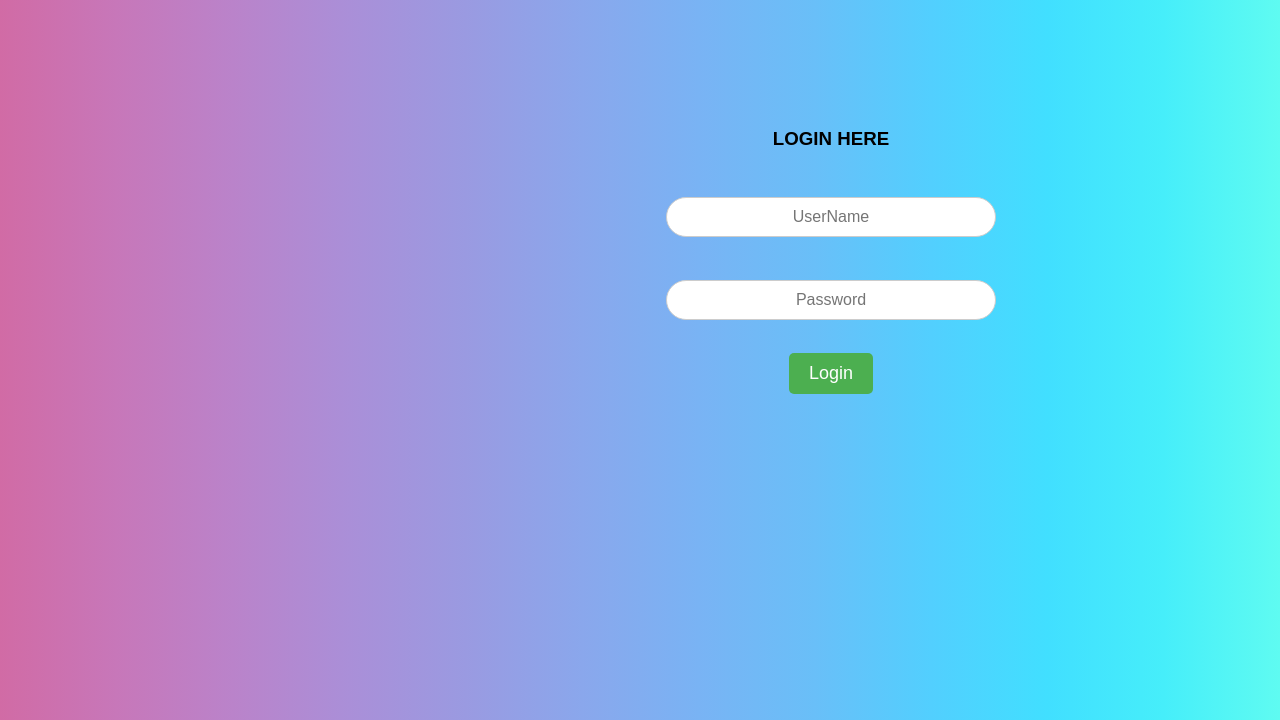
Repository: amitSai12/CMS
Page: http://localhost/LibraryManagementDemo/Login.jsp
These files come from the project's save history. The page is drawn as it stood at one moment and after the next save; the edit follows.
The browser window is 1280 px wide. The pictures show the whole page.
The page is served by Tomcat 9. Other server files are loaded and not shown.

Above is the page before, as saved 2023-10-03 18:19:12.

### Day1_Thu/LibraryManagementDemo/src/main/webapp/Login.jsp
<%@ page language="java" contentType="text/html; charset=ISO-8859-1"
    pageEncoding="ISO-8859-1"%>
    <%@taglib uri="http://java.sun.com/jsp/jstl/core" prefix="c" %>
    <%@taglib uri="http://java.sun.com/jsp/jstl/sql" prefix="sql" %>
<!DOCTYPE html>
<html>
<head>
<meta charset="ISO-8859-1">
<title>Insert title here</title>
<link rel="stylesheet" href="login.css">
</head>
<body>
	<form method="post" action="Login.jsp">
		<center>
			<h3>LOGIN HERE</h3><br/>

			<input type="text" name="userName" placeholder="UserName"/><br><br>

			<input type="password" name="password" placeholder="Password"/><br><br>
			<input type="submit" value="Login" />
		</center>
	</form>

	<c:if test="${param.userName!=null && param.password!=null }">

		<jsp:useBean id="login" class="com.java.library.LibUsers"/>
		<jsp:setProperty property="*" name="login"/>
		<jsp:useBean id="beanDao" class="com.java.library.LibraryDAOImpl"/>
		<c:set var="count" value="${beanDao.authenticate(login)}"/>
		<c:if test="${count==1}">
			<%
				session.setAttribute("user",request.getParameter("userName"));
			%>
			<jsp:forward page="Menu2.jsp"/>
	</c:if>
	</c:if>
	<c:if test="${count==0}">
		<div class="invalid-credentials">
   			<c:out value=" Invalid Credentials...."/>
		</div>

	</c:if>

</body>
</html>

### Day1_Thu/LibraryManagementDemo/src/main/java/com/java/library/LibUsers.java
package com.java.library;

public class LibUsers {

	private String userName;
	private String password;


	public String getUserName() {
		return userName;
	}
	public void setUserName(String userName) {
		this.userName = userName;
	}
	public String getPassword() {
		return password;
	}
	public void setPassword(String password) {
		this.password = password;
	}


	public LibUsers(String userName, String password) {
		super();
		this.userName = userName;
		this.password = password;
	}
	public LibUsers() {
		super();
		// TODO Auto-generated constructor stub
	}


	@Override
	public String toString() {
		return "LibUsers [userName=" + userName + ", password=" + password + "]";
	}


}

### Day1_Thu/LibraryManagementDemo/src/main/java/com/java/library/LibraryDAO.java
package com.java.library;

import java.sql.SQLException;
import java.util.List;

public interface LibraryDAO {

	String createUser(LibUsers libUsers) throws ClassNotFoundException, SQLException;

	int authenticate(LibUsers libUsers) throws ClassNotFoundException, SQLException;

	List<Books> searchBooks(String searchType, String searchValue) throws ClassNotFoundException, SQLException;

	String updateBooks(int bookId,String user) throws ClassNotFoundException, SQLException;

	Books getBookById(int Id) throws ClassNotFoundException, SQLException;

	Books getBookByUser(String User) throws ClassNotFoundException, SQLException;

	List<Books> returnBook() throws ClassNotFoundException, SQLException;

	String returnBooks(int bookId, String userName) throws ClassNotFoundException, SQLException;
}

### Day1_Thu/LibraryManagementDemo/src/main/java/com/java/library/LibraryDAOImpl.java
package com.java.library;

import java.sql.Connection;
import java.sql.PreparedStatement;
import java.sql.ResultSet;
import java.sql.SQLException;
import java.util.ArrayList;
import java.util.List;

import com.mysql.cj.xdevapi.Result;

public class LibraryDAOImpl implements LibraryDAO {

	Connection connection;
	PreparedStatement pst;

// to create user and password -----------------------------------------------
	@Override
	public String createUser(LibUsers libUsers) throws ClassNotFoundException, SQLException {
		connection = ConnectionHelper.getConnection();
		String enPwd = EncryptPassword.getCode(libUsers.getPassword());
		String cmd = "Insert into LibUsers(Username,Password) values(?,?)";
		pst = connection.prepareStatement(cmd);
		pst.setString(1, libUsers.getUserName());
		pst.setString(2, enPwd);
		pst.executeUpdate();
		return "Your Account Created ...";
	}

// login for existing users --------------------------------------------------------
	@Override
	public int authenticate(LibUsers libUsers) throws ClassNotFoundException, SQLException {
		connection = ConnectionHelper.getConnection();
		String encr = EncryptPassword.getCode(libUsers.getPassword());
		String cmd = "select count(*) cnt from LibUsers where userName=? AND Password=?";
		pst = connection.prepareStatement(cmd);
		pst.setString(1, libUsers.getUserName());
		pst.setString(2, encr.trim());
		ResultSet rs = pst.executeQuery();
		rs.next();
		int count = rs.getInt("cnt");
		return count;

	}

// to search the list of books by their id, name and all -------------------------------------
	@Override
	public List<Books> searchBooks(String searchType, String searchValue) throws ClassNotFoundException, SQLException {
		String sql;
		boolean isValid = true;
		if (searchType.equals("id")) {
			sql = "SELECT * from Books where Id=?";
		} else if (searchType.equals("bookname")) {
			sql = "SELECT * from Books where name=?";
		} else if (searchType.equals("authorname")) {
			sql = "SELECT * from Books where author=?";
		} else if (searchType.equals("dept")) {
			sql = "SELECT * from Books where dept=?";
		} else {
			isValid = false;
			sql = "SELECT * from Books";
		}
		connection = ConnectionHelper.getConnection();
		pst = connection.prepareStatement(sql);
		if (isValid == true) {
			pst.setString(1, searchValue);
		}
		ResultSet rs = pst.executeQuery();
		Books books = null;
		List<Books> booksList = new ArrayList<Books>();
		while (rs.next()) {
			books = new Books();
			books.setId(rs.getInt("id"));
			books.setName(rs.getString("name"));
			books.setAuthor(rs.getString("author"));
			books.setEdition(rs.getString("edition"));
			books.setDept(rs.getString("dept"));
			books.setNoOfBooks(rs.getInt("TotalBooks"));
			booksList.add(books);

		}
		return booksList;
	}

// to issue the book and update them in the table by subtracting one book from db -------------------
	@Override
	public String updateBooks(int bookId, String user) throws ClassNotFoundException, SQLException {
		connection = ConnectionHelper.getConnection();
		Books book = getBookById(bookId);

		if (hasUserIssuedBook(bookId, user)) {
			return "You have already issued this book.";
		} else {

			String cmd = "UPDATE Books SET TotalBooks = TotalBooks - 1 WHERE Id = ?";
			pst = connection.prepareStatement(cmd);
			pst.setInt(1, bookId);
			pst.executeUpdate();
			cmd = "Insert into TranBook(bookId,userName) values(?,?)";
			pst = connection.prepareStatement(cmd);
			pst.setInt(1, bookId);
			pst.setString(2, user);
			pst.executeUpdate();
			return "Book Issued Successfully";
		}
	}

// to get the bookId ------------------------------------------------------------------------

	@Override
	public Books getBookById(int Id) throws ClassNotFoundException, SQLException {
		Connection connection = ConnectionHelper.getConnection();
		PreparedStatement preparedStatement = null;
		ResultSet resultSet = null;
		Books book = null;

		try {
			String query = "SELECT * FROM Books WHERE Id = ?";
			preparedStatement = connection.prepareStatement(query);
			preparedStatement.setInt(1, Id);
			resultSet = preparedStatement.executeQuery();

			if (resultSet.next()) {
				// Retrieve book details from the result set
				int id = resultSet.getInt("Id");
				String name = resultSet.getString("Name");
				String author = resultSet.getString("Author");
				String edition = resultSet.getString("Edition");
				String dept = resultSet.getString("Dept");
				int noOfBooks = resultSet.getInt("TotalBooks");
				// Retrieve other book details...

				// Create a Books object with retrieved details
				book = new Books(id, name, author, edition, dept, noOfBooks);
			}
		} catch (SQLException e) {
			e.printStackTrace();
			// Handle any exceptions or log errors
		} finally {
			// Close database resources (connection, statement, and result set)
			// Handle resource closing exceptions if necessary
		}

		return book;
	}

// to get the user -----------------------------------------------------------------------------
	@Override
	public Books getBookByUser(String User) throws ClassNotFoundException, SQLException {
		Connection connection = ConnectionHelper.getConnection();
		PreparedStatement preparedStatement;
		ResultSet resultSet;
		Books book1 = null;

		try {
			String query = "SELECT * FROM Books WHERE UserName = ?";
			preparedStatement = connection.prepareStatement(query);
			preparedStatement.setString(1, User);
			resultSet = preparedStatement.executeQuery();

			if (resultSet.next()) {
				// Retrieve book details from the result set
				int id = resultSet.getInt("Id");
				String name = resultSet.getString("Name");
				String author = resultSet.getString("Author");
				String edition = resultSet.getString("Edition");
				String dept = resultSet.getString("Dept");
				int noOfBooks = resultSet.getInt("TotalBooks");
				// Retrieve other book details...

				// Create a Books object with retrieved details
				book1 = new Books(id, name, author, edition, dept, noOfBooks);
			}
		} catch (SQLException e) {
			e.printStackTrace();
			// Handle any exceptions or log errors
		} finally {
			// Close database resources (connection, statement, and result set)
			// Handle resource closing exceptions if necessary
		}

		return book1;
	}

	private boolean hasUserIssuedBook(int bookId, String user) throws SQLException {
		// Check if the user has already issued the same book
		String query = "SELECT COUNT(*) FROM TranBook WHERE bookId = ? AND userName = ?";
		PreparedStatement preparedStatement = null;
		ResultSet resultSet = null;

		try {
			preparedStatement = connection.prepareStatement(query);
			preparedStatement.setInt(1, bookId);
			preparedStatement.setString(2, user);
			resultSet = preparedStatement.executeQuery();

			if (resultSet.next()) {
				int count = resultSet.getInt(1);
				return count > 0;
			}
		} finally {
			// Close resources
			if (resultSet != null) {
				resultSet.close();
			}
			if (preparedStatement != null) {
				preparedStatement.close();
			}
		}

		return false;
	}

	@Override
	public String returnBooks(int bookId, String userName) throws ClassNotFoundException, SQLException {
		/*
		 * connection = ConnectionHelper.getConnection();
		 *
		 *
		 * Books book = getBookById(bookId); Books book1 = getBookByUser(user);
		 *
		 *
		 * String cmd = "DELETE FROM TranBook WHERE bookId = ? AND userName = ?"; pst =
		 * connection.prepareStatement(cmd); pst.setInt(1, bookId);
		 *
		 * pst.setString(2, user); pst.executeUpdate();
		 *
		 * cmd = "Insert into transreturn(bookId,userName) values(?,?)"; pst =
		 * connection.prepareStatement(cmd); pst.setInt(1, bookId); pst.setString(2,
		 * user); pst.executeUpdate();
		 *
		 * cmd = "UPDATE Books SET TotalBooks = TotalBooks + 1 WHERE Id = ?"; pst =
		 * connection.prepareStatement(cmd); pst.setInt(1, bookId); pst.executeUpdate();
		 */
		connection = ConnectionHelper.getConnection();
		String cmd = "Delete from tranbook where bookId = ?";
		pst = connection.prepareStatement(cmd);
		pst.setInt(1, bookId);
		pst.executeUpdate();

		cmd =  "update books set TotalBooks=TotalBooks+1 where id =?";
		pst = connection.prepareStatement(cmd);
		pst.setInt(1, bookId);
		pst.executeUpdate();

		cmd = "Insert into transreturn (userName,bookId) values(?,?)";
		pst = connection.prepareStatement(cmd);
		pst.setString(1, userName);
		pst.setInt(2, bookId);

		pst.executeUpdate();
		return "Book Returned Sucessfully";
	}

	@Override
	public List<Books> returnBook() throws ClassNotFoundException, SQLException {
		connection = ConnectionHelper.getConnection();
		String sql = "SELECT * from tranbook";
		pst = connection.prepareStatement(sql);
		ResultSet rs = pst.executeQuery();
		Books books = null;
		List<Books> returnbooksList = new ArrayList<Books>();
		while (rs.next()) {
			books = new Books();
			books.setId(rs.getInt("bookid"));
			books.setName(rs.getString("Username"));
			books.setFromDate(rs.getDate("fromDate"));
			returnbooksList.add(books);

		}
		return returnbooksList;
	}

}

### Day1_Thu/LibraryManagementDemo/src/main/webapp/login.css
body {
  background-image: linear-gradient(to right, #d16ba5, #c777b9, #ba83ca, #aa8fd8, #9a9ae1, #8aa7ec, #79b3f4, #69bff8, #52cffe, #41dfff, #46eefa, #5ffbf1);
      font-family: Arial, sans-serif;
    margin: 0;
    padding: 0;
}

form {

    width: 30%;
    margin: 0 auto;
    padding: 20px;
    text-align: center;
    margin-top:7%;
    margin-left: 619px;
}

h2 {
    color: rgb(0, 0, 0);
}

input[type="text"],
input[type="password"] {
    text-align: center;
    width: 80%;
    padding: 10px;
    margin-top: 10px;
    margin-bottom: 15px;
    border: 1px solid #ccc;
    border-radius: 30px;
    font-size: 16px;
    }

input[type="submit"] {
    background-color: #4CAF50;
    color: #ffffff;
    border: none;
    border-radius: 5px;
    padding: 10px 20px;
    font-size: 18px;
    cursor: pointer;
}

input[type="submit"]:hover {
    background-color: #45a049;
}

.invalid-credentials {
    animation: fadeInOut 2s ease-in-out infinite;
    color: red;
    font-weight: bold;
    text-align: center;
    margin-top: 45px;
}
@keyframes fadeInOut {
    0% {
        opacity: 0;
    }
    25% {
        opacity: 1;
    }
    75% {
        opacity: 1;
    }
    100% {
        opacity: 0;
    }
}

After the next save:
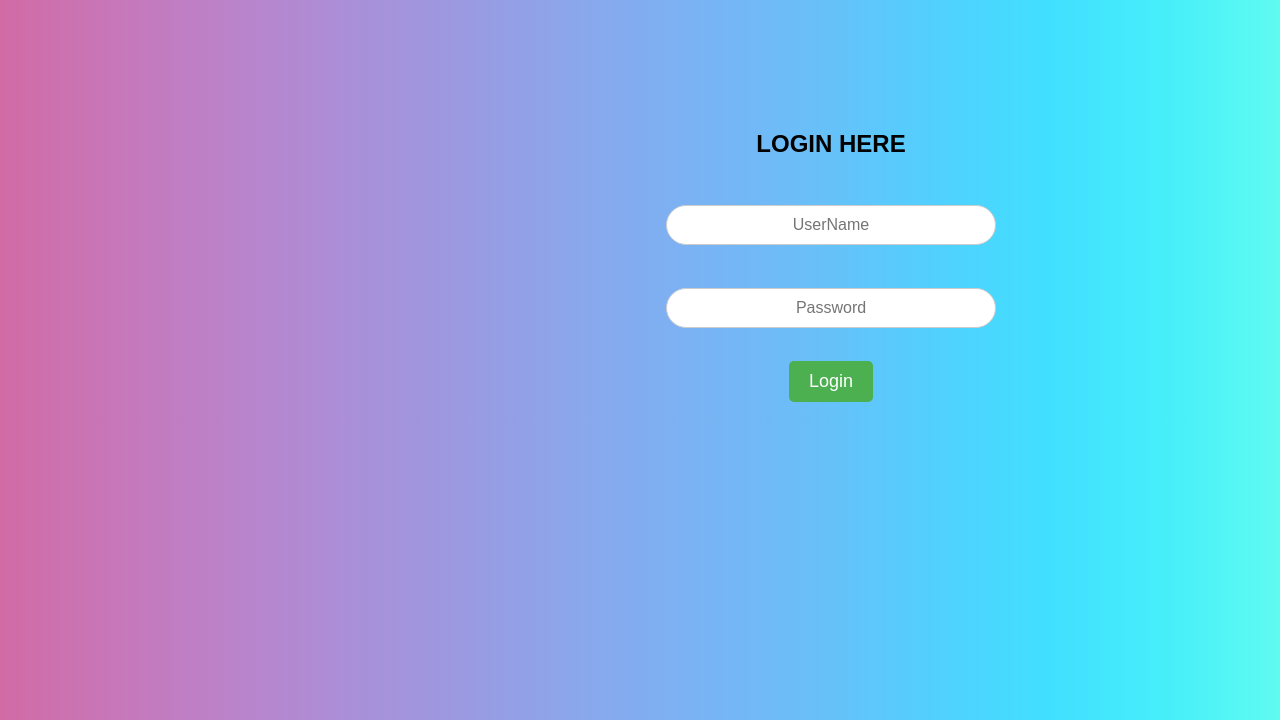
Saved 13 s later.
--- a/Day1_Thu/LibraryManagementDemo/src/main/webapp/Login.jsp
+++ b/Day1_Thu/LibraryManagementDemo/src/main/webapp/Login.jsp
@@ -12,7 +12,7 @@
 <body>
 	<form method="post" action="Login.jsp">
 		<center>
-			<h3>LOGIN HERE</h3><br/>
+			<h2>LOGIN HERE</h2><br/>
 
 			<input type="text" name="userName" placeholder="UserName"/><br><br>
 
